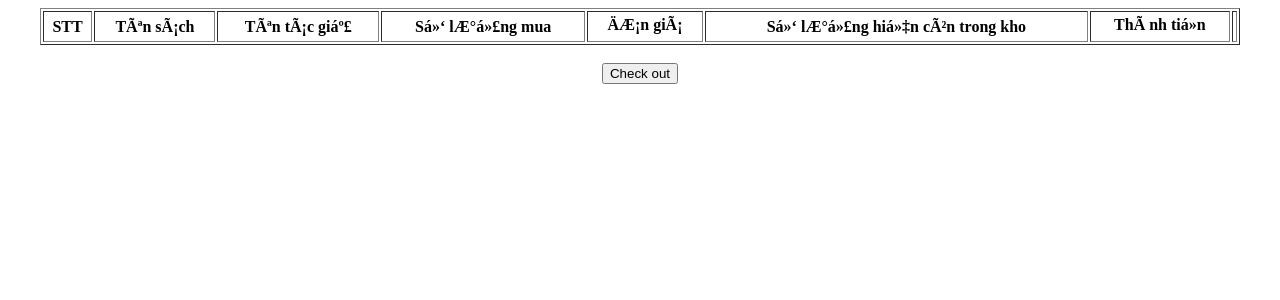
Repository: trangtruc/Java_NangCao
Page: http://localhost/EBookShop/myinfbook.jsp
These files come from the project's save history. The page is drawn as it stood at one moment and after the next save; the edit follows.
The browser window is 1280 px wide. The pictures show the whole page.
The page is served by Tomcat 9. Other server files are loaded and not shown.

Above is the page before, as saved 2017-03-14 15:21:07.

### Buoi4/EBookShop/WebContent/myinfbook.jsp
<%@ page language="java" contentType="text/html; charset=ISO-8859-1"
    pageEncoding="ISO-8859-1"%>
<!DOCTYPE html PUBLIC "-//W3C//DTD HTML 4.01 Transitional//EN" "http://www.w3.org/TR/html4/loose.dtd">
<html>
<head>
<meta http-equiv="Content-Type" content="text/html; charset=ISO-8859-1">
<title>Insert title here</title>
</head>
<body>
		<table align="center" border="1" width="95%">
	    <tr>
	        <th>STT</th>
	        <th>Tên sách</th>
	        <th>Tên tác giả</th>
	        <th>Số lượng mua</th>
	        <th>Đơn giá</th>
	        <th>Số lượng hiện còn trong kho</th>
	        <th>Thành tiền</th>
	        <th></th>
	    </tr>
   		</table>
    <br/>
        <center>
            <form method="post" action="Controller">
                <input type="hidden" name="action" value="checkout"/>
                <input type="submit" value="Check out"/>
            </form>
        </center>



</body>
</html>

After the next save:
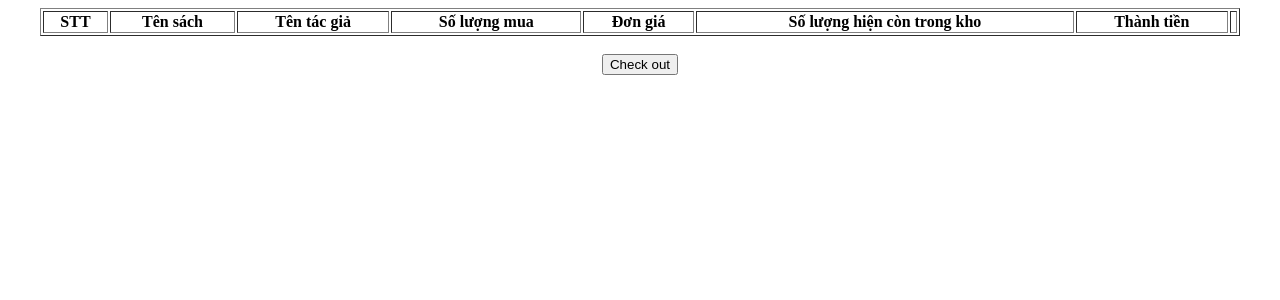
Saved 19 s later.
--- a/Buoi4/EBookShop/WebContent/myinfbook.jsp
+++ b/Buoi4/EBookShop/WebContent/myinfbook.jsp
@@ -1,9 +1,9 @@
-<%@ page language="java" contentType="text/html; charset=ISO-8859-1"
-    pageEncoding="ISO-8859-1"%>
+<%@ page language="java" contentType="text/html; charset=UTF-8"
+    pageEncoding="UTF-8"%>
 <!DOCTYPE html PUBLIC "-//W3C//DTD HTML 4.01 Transitional//EN" "http://www.w3.org/TR/html4/loose.dtd">
 <html>
 <head>
-<meta http-equiv="Content-Type" content="text/html; charset=ISO-8859-1">
+<meta http-equiv="Content-Type" content="text/html; charset=UTF-8">
 <title>Insert title here</title>
 </head>
 <body>
